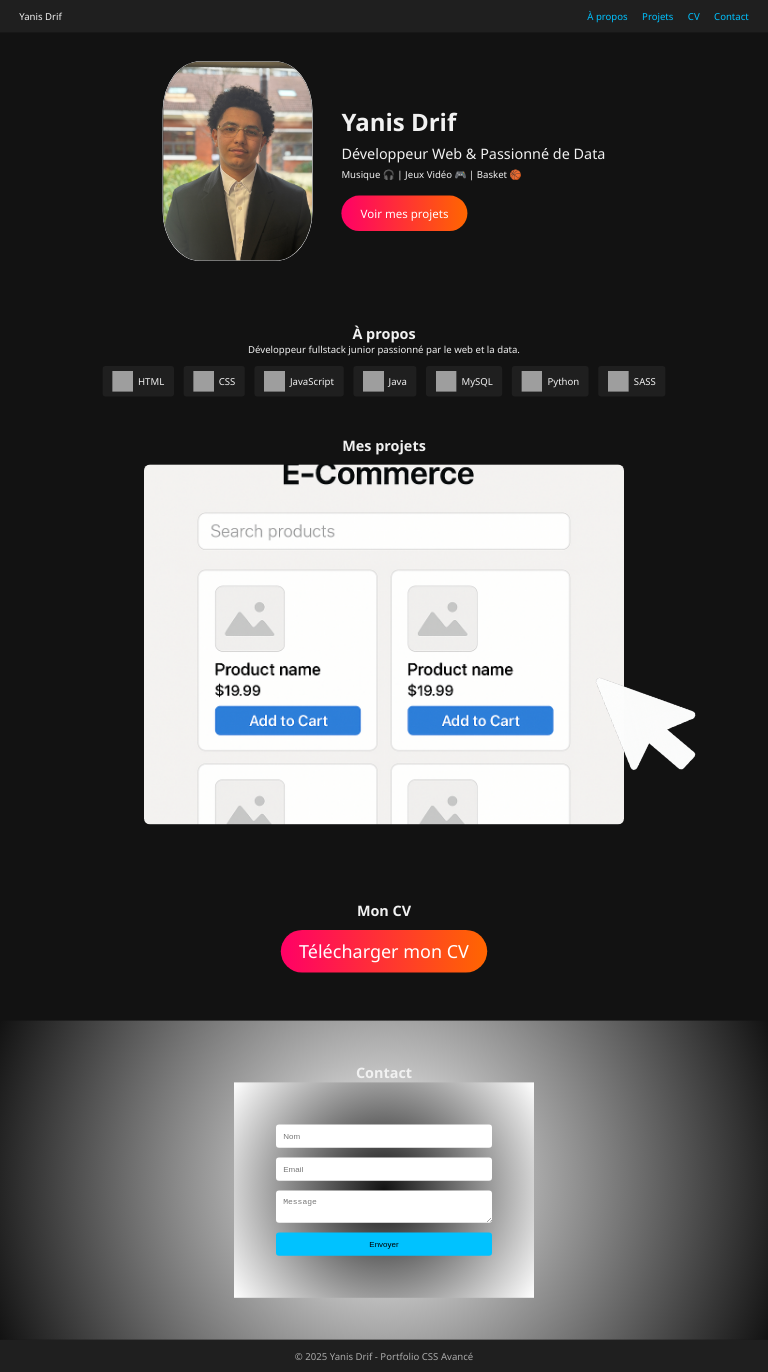
Repository: Yxniiss/ProjetCssAvance
Page: OneDrive/Bureau/Portfolio DrifYanis/home.html
The author's editor kept a copy of each file at every save. The page is drawn from the files as they stood at one save, then again after the next save.
The browser window is 1280 px wide. The pictures show the whole page, at 60% of full size.
Pictures or frames that could not be fetched are drawn as grey boxes.

Above is the page before, as saved 2025-04-10 17:36:00.
Console error: TypeError: Cannot set properties of null (setting 'textContent')

### OneDrive/Bureau/Portfolio DrifYanis/home.html
<!DOCTYPE html>
<html lang="fr">
<head>
  <meta charset="UTF-8" />
  <meta name="viewport" content="width=device-width, initial-scale=1.0" />
  <title>Portfolio - Yanis Drif</title>
  <link rel="stylesheet" href="/style.css" />
  <script defer src="/script.js"></script>
</head>
<body>
  <nav class="navbar">
    <div class="logo">Yanis Drif</div>
    <ul class="nav-links">
      <li><a href="#apropos">À propos</a></li>
      <li><a href="#projets">Projets</a></li>
      <li><a href="#cv">CV</a></li>
      <li><a href="#contact">Contact</a></li>
    </ul>
  </nav>

  <header class="hero">
    <img src="/image/IMG_0965 (2).jpeg" alt="Photo de profil" class="hero__image" />
    <div class="hero__content">
      <h1 class="hero__name">Yanis Drif</h1>
      <p class="hero__tagline">Développeur <span>Web</span> & Passionné de Data</p>
      <p class="hero__desc">Musique 🎧 | Jeux Vidéo 🎮 | Basket 🏀</p>
      <a href="#projets" class="btn">Voir mes projets</a>
    </div>
  </header>

  <section id="apropos" class="section about">
    <h2>À propos</h2>
    <p>Développeur fullstack junior passionné par le web et la data.</p>
    <div class="skills">
      <div class="skill"><img src="https://devicon-website.vercel.app/api/html5/original-wordmark.svg" alt="HTML">HTML</div>
      <div class="skill"><img src="https://devicon-website.vercel.app/api/css3/original-wordmark.svg" alt="CSS">CSS</div>
      <div class="skill"><img src="https://devicon-website.vercel.app/api/javascript/original.svg" alt="JavaScript">JavaScript</div>
      <div class="skill"><img src="https://devicon-website.vercel.app/api/java/original-wordmark.svg" alt="Java">Java</div>
      <div class="skill"><img src="https://devicon-website.vercel.app/api/mysql/plain-wordmark.svg" alt="MySQL">MySQL</div>
      <div class="skill"><img src="https://devicon-website.vercel.app/api/python/original-wordmark.svg" alt="Python">Python</div>
      <div class="skill"><img src="https://devicon-website.vercel.app/api/sass/original.svg" alt="SASS">SASS</div>
    </div>
  </section>

  <section id="projets" class="section projets">
    <h2>Mes projets</h2>
    <div class="projects carousel">
      <img src="image/ChatGPT Image 10 avr. 2025, 11_03_09.png" alt="Projet 1"/>
      <img src="/image/ChatGPT Image 10 avr. 2025, 11_09_31.png" alt="Projet 2" />
      <img src="/image/ChatGPT Image 10 avr. 2025, 11_11_38.png" alt="Projet 3" />
    </div>
    <div class="cursor2">
      <img src="/image/fecd8f8b-00be-49a2-b5b1-3fb5a8c2059e.png">
    </div>
  </section>

  <section id="cv" class="section_cv">
    <div class="cv-container">
      <h2>Mon CV</h2>
      <a href="/doc/CV Yanis (1) (1).pdf" download class="btn2">Télécharger mon CV</a>
    </div>
  </section>

  <section id="contact" class="section contact">
    <h2>Contact</h2>
    <form class="contact-form">
      <input type="text" placeholder="Nom" required />
      <input type="email" placeholder="Email" required />
      <textarea placeholder="Message" required></textarea>
      <button type="submit">Envoyer</button>
    </form>
  </section>

  <footer>
    <p>&copy; 2025 Yanis Drif - Portfolio CSS Avancé</p>
  </footer>
</body>
</html>

### OneDrive/Bureau/Portfolio DrifYanis/style.css
* {
    margin: 0;
    padding: 0;
    box-sizing: border-box;
  }

  body {
    font-family: "Segoe UI", sans-serif;
    background-color: #121212;
    color: #f1f1f1;
  }


  .navbar {
    display: flex;
    justify-content: space-between;
    padding: 1rem 2rem;
    background-color: #1f1f1f;
  }

  .nav-links {
    display: flex;
    list-style: none;
    gap: 1.5rem;
  }

  .nav-links a {
    color: #00c2ff;
    text-decoration: none;
  }

  .hero {
    padding: 3rem 1rem;
    text-align: center;

  }









  .section {
    padding: 2rem 1rem;
    text-align: center;
  }

  .projects {
    display: flex;
    justify-content: center;
    gap: 1rem;
    flex-wrap: wrap;
    margin-top: 1rem;
  }

  .projects img {
    width: 800px;
    height: 600px;
    -o-object-fit: cover;
       object-fit: cover;
    border-radius: 10px;
  }

  .cursor2 img{
    width: 250px;
    position:relative;
    bottom:300px;
    left:450px;
    transform: rotate(-15deg);

  }

  .skills {
    display: flex;
    flex-wrap: wrap;
    gap: 1rem;
    justify-content: center;
    margin-top: 1rem;
  }

  .skill {
    display: flex;
    align-items: center;
    gap: 0.5rem;
    background-color: #1f1f1f;
    padding: 0.5rem 1rem;
    border-radius: 5px;
    transition: 0.3s ease, opacity 0.3s ease;
  }

  .skill:hover{
    transform: scale(1.2);
    opacity: 0.8;
  }

  .skill img {
    width: 35px;
    height: 35px;
  }

  footer {
    padding: 1rem;
    text-align: center;
    background-color: #1f1f1f;
    color: #aaa;
  }



  .btn:hover{
    box-shadow: 0 10px 20px rgba(255,0,102,0.5);
    transform: translateY(-3px);
    text-decoration: none;
  }

  .section_cv{
    padding: 2rem 1rem ;
    margin-top: -15rem;
  }
  .cv-container {
    text-align: center;
    margin: 3rem auto;
    display: flex;
    flex-direction: column;
    align-items: center;
    gap: 1rem;
  }

  .btn2 {
    padding: 15px 30px;
    font-size: 30px;
    color: white;
    background: linear-gradient(90deg, #ff0066, #ff6600);
    border: none;
    border-radius: 50px;
    cursor: pointer;
    box-shadow: 0 4px 15px rgba(255, 0, 102, 0);
    transition: box-shadow 0.3s ease, transform 0.3s ease;
    text-decoration: none;
  }

  .btn2:hover {
    box-shadow: 0 10px 20px rgba(255, 0, 102, 0.5);
    transform: translateY(-3px);
  }

  /* Responsive padding ajusté si besoin */
  @media (max-width: 768px) {
    .btn2 {
      font-size: 20px;
      padding: 12px 24px;
    }

    .cv-container h2 {
      font-size: 24px;
    }
  }


  #contact{
    padding: 70px;
    background:radial-gradient(circle, #fff, #121212)
  }
  .contact-form {
    max-width: 500px;
    margin: auto;
    padding: 70px;
    display: flex;
    flex-direction: column;
    gap: 1rem;
    background:radial-gradient(circle, #121212, #fff);
  }

  .contact-form input,
  .contact-form textarea {
    padding: 0.75rem;
    border: none;
    border-radius: 5px;
  }

  .contact-form button {
    background-color: #00c2ff;
    color: #000;
    padding: 0.75rem;
    border: none;
    border-radius: 5px;
    cursor: pointer;
  }



  .start h1{
    text-align: left;
    margin-top: 100px;
    font-size: 35px;
    margin-left: 100px;
  }

  .start h2{
    text-align: left;
    margin-top: 1px;
    font-size: 70px;
    margin-left: 100px;
  }

  .start h3{
    text-align: left;
    margin-top: 1px;
    font-size: 35px;
    margin-left: 100px;
  }

  #mot {
    color:#00c2ff;
  }

  #cursor{
    display: inline-block;
    width: 10px;
    background-color:black;
    animation: blink 0.8s step-end infinite;
  }

  @keyframes blink{
    50% {
      opacity: 0;
    }
  }

  @keyframes typing{
    from{
      width: 0;
    }
    to{
      width: 100%;
    }
  }

  #main{
    opacity: 0;
    transform: translateY(0);
    transition: opacity 5s ease, transform 5s ease;
  }

  body.loaded #main{
    opacity: 1;
    transform: translateY(0);
  }


  .start p{
    text-align: left;
    margin-left: 100px;
    margin-top: 20px;
    font-size: 20px;
  }

  .ntwrks {
    position: absolute;
    top: 410px;
    left: 110px;
    display: flex;
    flex-wrap: wrap;
    gap: 1rem;
  }

  .ntwrk {
    display: flex;
    align-items: center;
    gap: 0.5rem;
    background-color: #1f1f1f;
    padding: 1rem 1rem;
    border-radius: 100px;
    transition: 0.3s ease, opacity 0.3s ease;
  }

  .ntwrk:hover{
    transform: scale(1.2);
    opacity: 0.8;
  }

  .ntwrk img {
    width: 30px;
    height: 30px;
  }

  .button {
    margin-left: 0px;
    margin-top: 2rem;
  }

  .modern-button {
    background-color: #00c2ff;
    font-size: 16px;
    font-weight: bold;
    border: none;
    padding: 15px 30px;
    border-radius: 25px;
    cursor: pointer;
    outline: none;
    animation: glow 1.5s infinite alternate;
    transition: 0.3s ease, opacity 0.3s ease;
    display: inline-block;
  }

  .modern-button a {
    color: white;
    text-decoration: none;
  }

  .modern-button:hover {
    transform: scale(1.1);
    opacity: 1;
  }


  @keyframes glow{
    0%{
      box-shadow: 0 0 10px 5px rgba(0, 194, 255, 0.6), 0 0 20px 10px rgba(0, 194, 255, 0.4);
    }
    100%{
      box-shadow: 0 0 20px 10px rgba(0, 194, 255, 1), 0 0 30px 15px rgba(0, 194, 255, 0.8);
    }
  }

  .image{
    max-width: 30%;
    position: relative;
    bottom: 350px;
    left: 350px;
  }

.hero {
  display: flex;
  flex-direction: column;
  align-items: center;
  padding: 3rem 1rem;
  text-align: center;
}

.hero__image {
  border-radius: 25%;
  width: 250px;
  border: 1px solid #ffffff;
  margin-bottom: 1.5rem;
}

.hero__content {
  max-width: 600px;
}

.hero__name {
  font-size: 2.5rem;
  margin-bottom: 0.5rem;
}

.hero__tagline {
  font-size: 1.5rem;
  margin-bottom: 0.5rem;
}

.hero__desc {
  margin-bottom: 1.5rem;
}

.btn {
  padding: 1rem 2rem;
  font-size: 1.2rem;
  border-radius: 50px;
  background: linear-gradient(90deg, #ff0066, #ff6600);
  color: white;
  text-decoration: none;
  display: inline-block;
  transition: 0.3s ease;
}

.btn:hover {
  transform: translateY(-3px);
  box-shadow: 0 10px 20px rgba(255, 0, 102, 0.5);
}

@media (min-width: 768px) {
  .hero {
    flex-direction: row;
    justify-content: center;
    text-align: left;
    gap: 3rem;
  }

  .hero__content {
    text-align: left;
  }
}

### OneDrive/Bureau/Portfolio DrifYanis/script.js

document.addEventListener('DOMContentLoaded', () => {
    // Scroll fluide
    document.querySelectorAll('a[href^="#"]').forEach(anchor => {
      anchor.addEventListener('click', function (e) {
        e.preventDefault();
        const target = document.querySelector(this.getAttribute('href'));
        if (target) {
          target.scrollIntoView({ behavior: 'smooth' });
        }
      });
    });

    // Carrousel automatique
    const images = document.querySelectorAll('.carousel img');
    let currentIndex = 0;

    function showSlide(index) {
      images.forEach((img, i) => {
        img.style.display = i === index ? 'block' : 'none';
      });
    }

    function nextSlide() {
      currentIndex = (currentIndex + 1) % images.length;
      showSlide(currentIndex);
    }

    if (images.length > 0) {
      showSlide(currentIndex);
      setInterval(nextSlide, 3000); // change every 3 seconds
    }
  });

  const mot = ["Etudiant", "Developpeur web", "Pasionné de code","Developpeur fullstack"];
  let index = 0;
  const element = document.getElementById("mot");
  const cursor = document.getElementById("cursor");

  let typingInterval;
  let currentWord = "";
  let currentCharIndex = 0;

  function  commencerTypingAnimation(){
    currentWord=mot[index];
    currentCharIndex = 0;
    element.textContent = '';

    typingInterval = setInterval(() =>{
      element.textContent += currentWord.charAt(currentCharIndex);
      currentCharIndex++;

      if(currentCharIndex === currentWord.length){
        clearInterval(typingInterval);
        setTimeout(changerMot,1000);
      }
    },150);
  }

  function changerMot(){
    element.textContent=mot[index];
    index++;
    if(index===mot.length){
      index=0;
    }
    commencerTypingAnimation();
  }
  commencerTypingAnimation();

  window.addEventListener('load', function () {
    document.body.classList.add('loaded');
  });

After the next save:
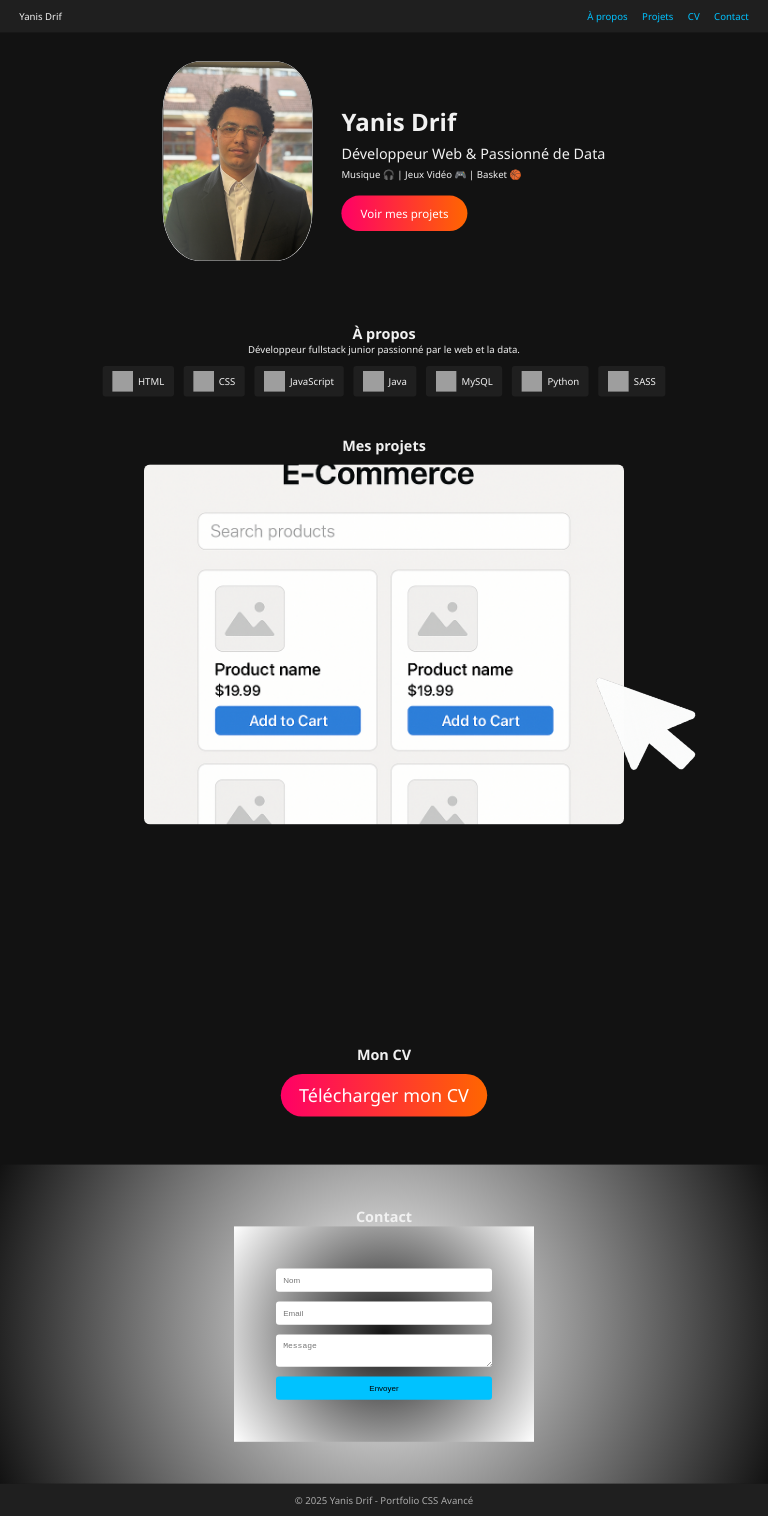
Saved 20 s later.
--- a/OneDrive/Bureau/Portfolio DrifYanis/style.css
+++ b/OneDrive/Bureau/Portfolio DrifYanis/style.css
@@ -118,7 +118,7 @@
 
   .section_cv{
     padding: 2rem 1rem ;
-    margin-top: -15rem;
+    margin-top: -rem;
   }
   .cv-container {
     text-align: center;
@@ -287,35 +287,31 @@
     height: 30px;
   }
 
-  .button {
-    margin-left: 0px;
-    margin-top: 2rem;
-  }
-
-  .modern-button {
-    background-color: #00c2ff;
+  .modern-button{
+    background-color:#00c2ff;
     font-size: 16px;
     font-weight: bold;
-    border: none;
+    border:none;
     padding: 15px 30px;
     border-radius: 25px;
     cursor: pointer;
     outline: none;
-    animation: glow 1.5s infinite alternate;
+    position: relative;
+    right:550px;
+    top:120px;
+    animation:glow 1.5s infinite alternate;
     transition: 0.3s ease, opacity 0.3s ease;
-    display: inline-block;
-  }
-
-  .modern-button a {
-    color: white;
+  }
+
+  .modern-button a{
+    color:white;
     text-decoration: none;
   }
 
-  .modern-button:hover {
-    transform: scale(1.1);
+  .modern-button:hover{
+    transform: scale(1.2);
     opacity: 1;
   }
-
 
   @keyframes glow{
     0%{
